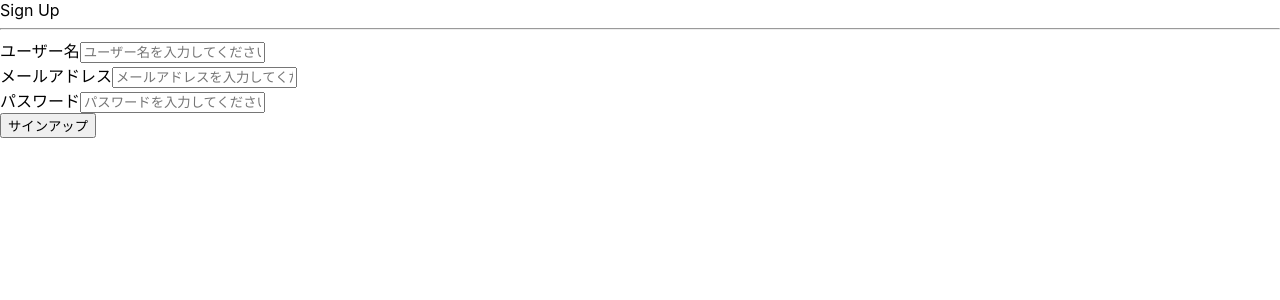
Repository: tosaken1116/Backs-of-seniors-hackathon
Page: /components/SignUpModal
These files come from the project's save history. The page is drawn as it stood at one moment and after the next save; the edit follows.
The browser window is 1280 px wide. The pictures show the whole page.
The project was rebuilt for these pictures with package versions that can differ from the ones it lists, and the page was loaded fresh each time. The framework's server and built-in components were replaced by stand-ins that run in the browser. Also part of the build but not shown: next.config.js.

Above is the page before, as saved 2022-07-17 10:03:30.

After the next save:
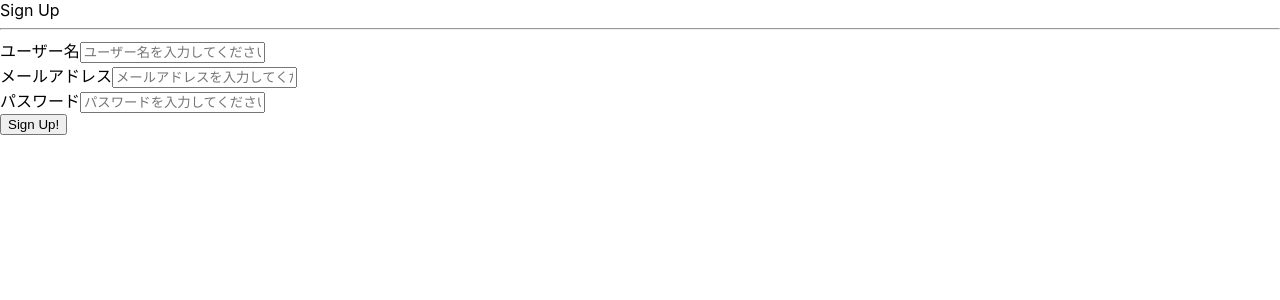
Saved 100 s later.
--- a/pages/components/SignUpModal.tsx
+++ b/pages/components/SignUpModal.tsx
@@ -100,7 +100,7 @@ export default function SignInModal() {
                         {/* <div>{formErrors.password}</div> */}
                         {/* <p className="errormsg">{formErrors.password}</p> */}
                         <button className="bg-lime-400" type="submit">
-                            サインアップ
+                            Sign Up!
                         </button>
                         {/* {Object.keys isSubmit && ( <div>サインアップ完了</div>)}*/}
                     </div>
